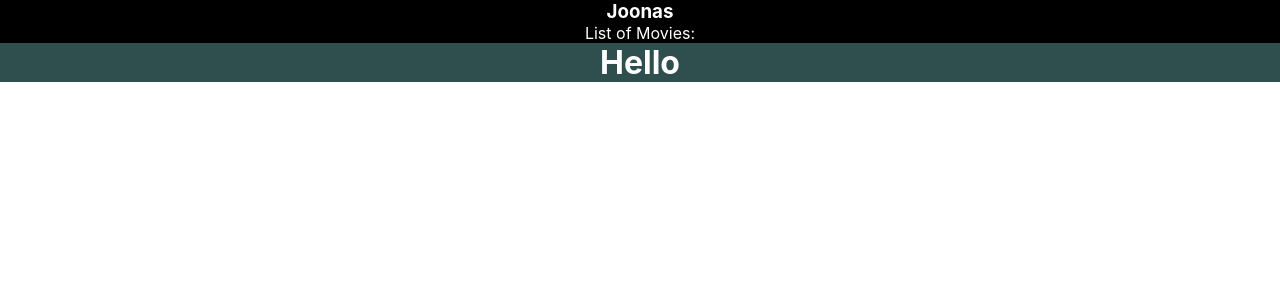
Repository: SubmergedSnake/react-usecontext
Page: /
These files come from the project's save history. The page is drawn as it stood at one moment and after the next save; the edit follows.
The browser window is 1280 px wide. The pictures show the whole page.
The project was rebuilt for these pictures with package versions that can differ from the ones it lists, and the page was loaded fresh each time. Also part of the build but not shown: src/Movie.js.

Above is the page before, as saved 2020-11-21 18:48:07.

After the next save:
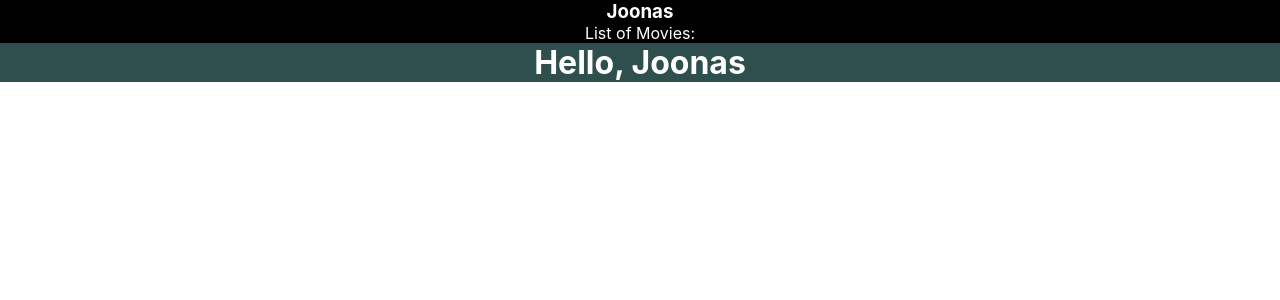
Saved 12 s later.
--- a/src/MovieContext.js
+++ b/src/MovieContext.js
@@ -22,7 +22,7 @@
     ]);
 
     return (
-        <MovieContext.Provider value={'Hello'}>
+        <MovieContext.Provider value={'Hello, Joonas'}>
             {props.children}
         </MovieContext.Provider>
     );
